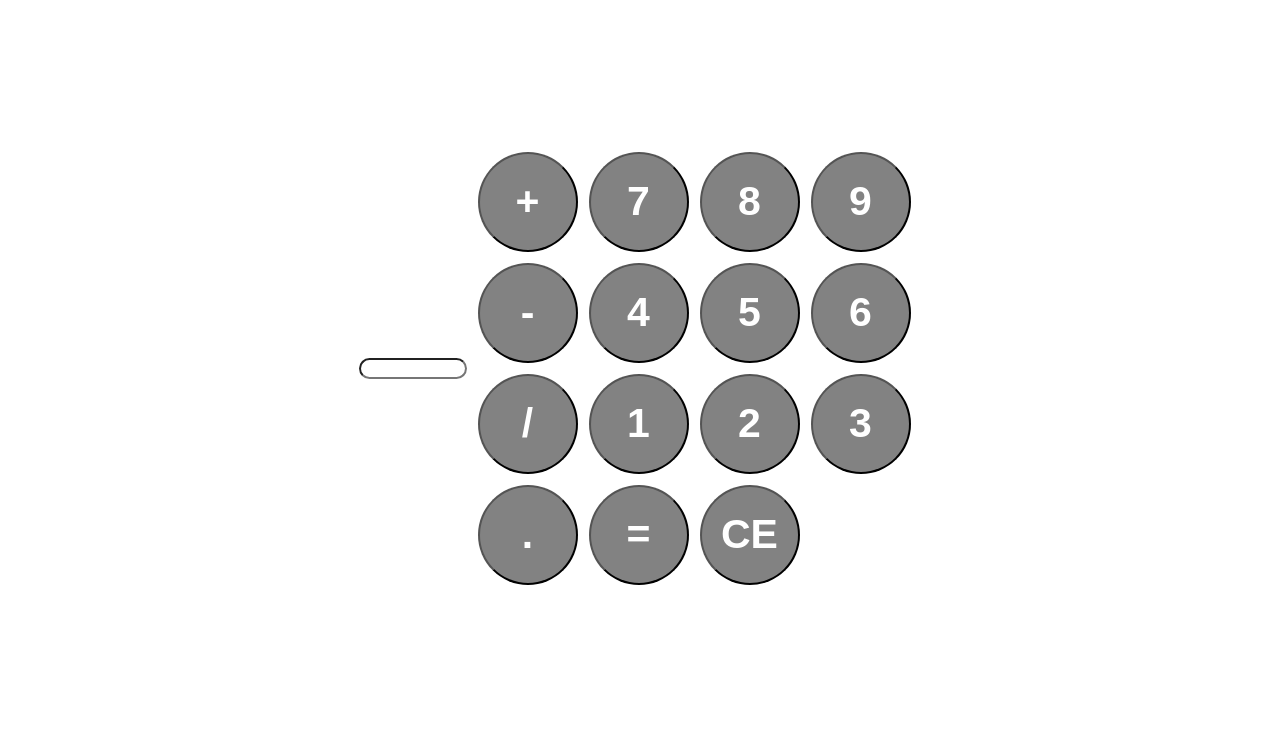
Repository: rkrukshan/JS-Calculator
Page: index.html
The author's editor kept a copy of each file at every save. The page is drawn from the files as they stood at one save, then again after a run of saves.
The browser window is 1280 px wide. The pictures show the whole page.

Above is the page before, as saved 2024-09-02 13:31:43.

### index.html
<!DOCTYPE html>
<html lang="en">

<head>
    <meta charset="UTF-8">
    <meta name="viewport" content="width=device-width, initial-scale=1.0">
    <title>Document</title>
    <link rel="stylesheet" href="style.css">
</head>

<body>
    <div id="calculator">
        <input id="screen" readonly>
        <div id="buttons">

            <button onclick="appendScreen('+')">+</button>
            <button onclick="appendScreen('7')">7</button>
            <button onclick="appendScreen('8')">8</button>
            <button onclick="appendScreen('9')">9</button>
            <button onclick="appendScreen('-')">-</button>
            <button onclick="appendScreen('4')">4</button>
            <button onclick="appendScreen('5')">5</button>
            <button onclick="appendScreen('6')">6</button>
            <button onclick="appendScreen('/')">/</button>
            <button onclick="appendScreen('1')">1</button>
            <button onclick="appendScreen('2')">2</button>
            <button onclick="appendScreen('3')">3</button>
            <button onclick="appendScreen('.')">.</button>
            <button onclick="appendScreen('=')">=</button>
            <button onclick="appendScreen('CE')">CE</button>

        </div>
    </div>
</body>

</html>

### style.css
#calculator {
  display: flex;
  align-items: center;
  height: 100vh;
  justify-content: center;
  border: none;
}
#screen {
  width: 100px;
  color: white;
  border-radius: 15px;
}
#buttons {
  display: grid;
  grid-template-columns: repeat(4, 1fr);
  gap: 11px;
  padding: 11px;
}
button{
    width: 100px;
    height: 100px;
    border-radius: 50px;
    color: white;
    background-color: hsl(0, 0%,51%);
    font-size: 41px;
    font-weight: bold;
}

After the next 2 saves:
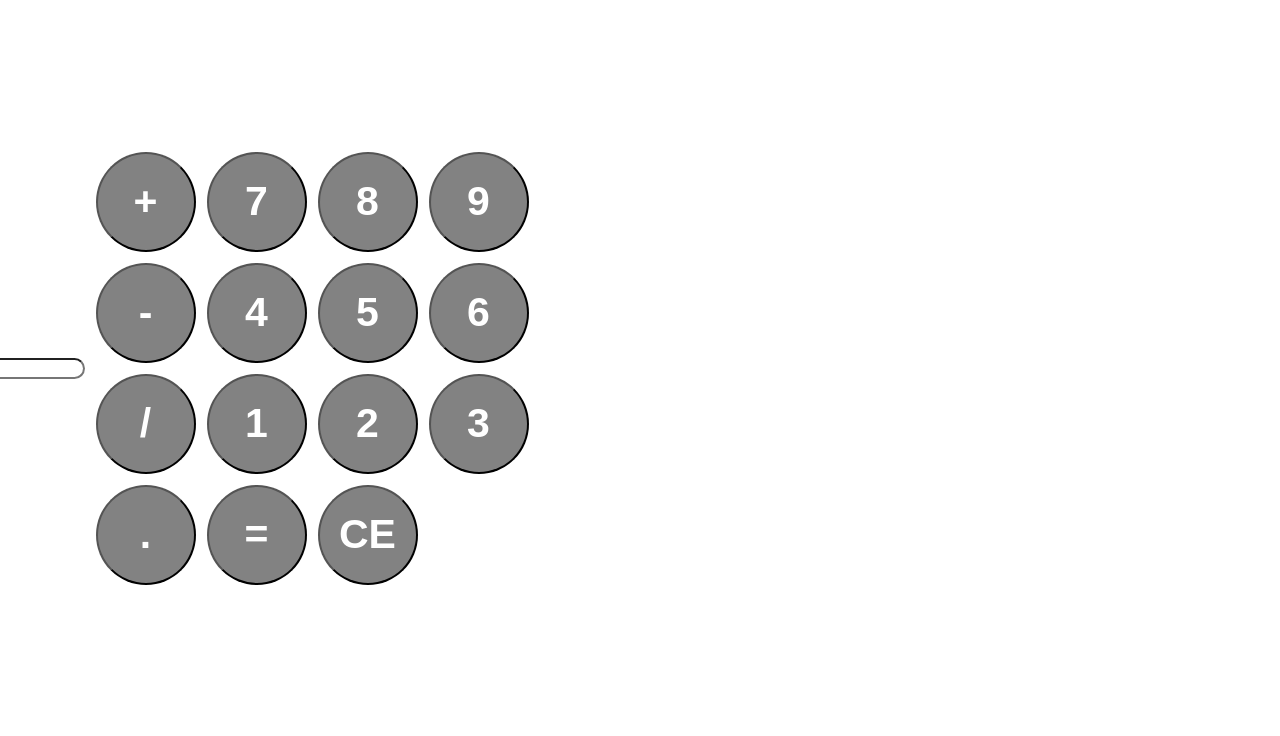
The 2 saves are shown as one change because they came seconds apart.
The last was saved 35 s later.
--- a/style.css
+++ b/style.css
@@ -4,6 +4,7 @@
   height: 100vh;
   justify-content: center;
   border: none;
+  max-width: 500px;
 }
 #screen {
   width: 100px;
